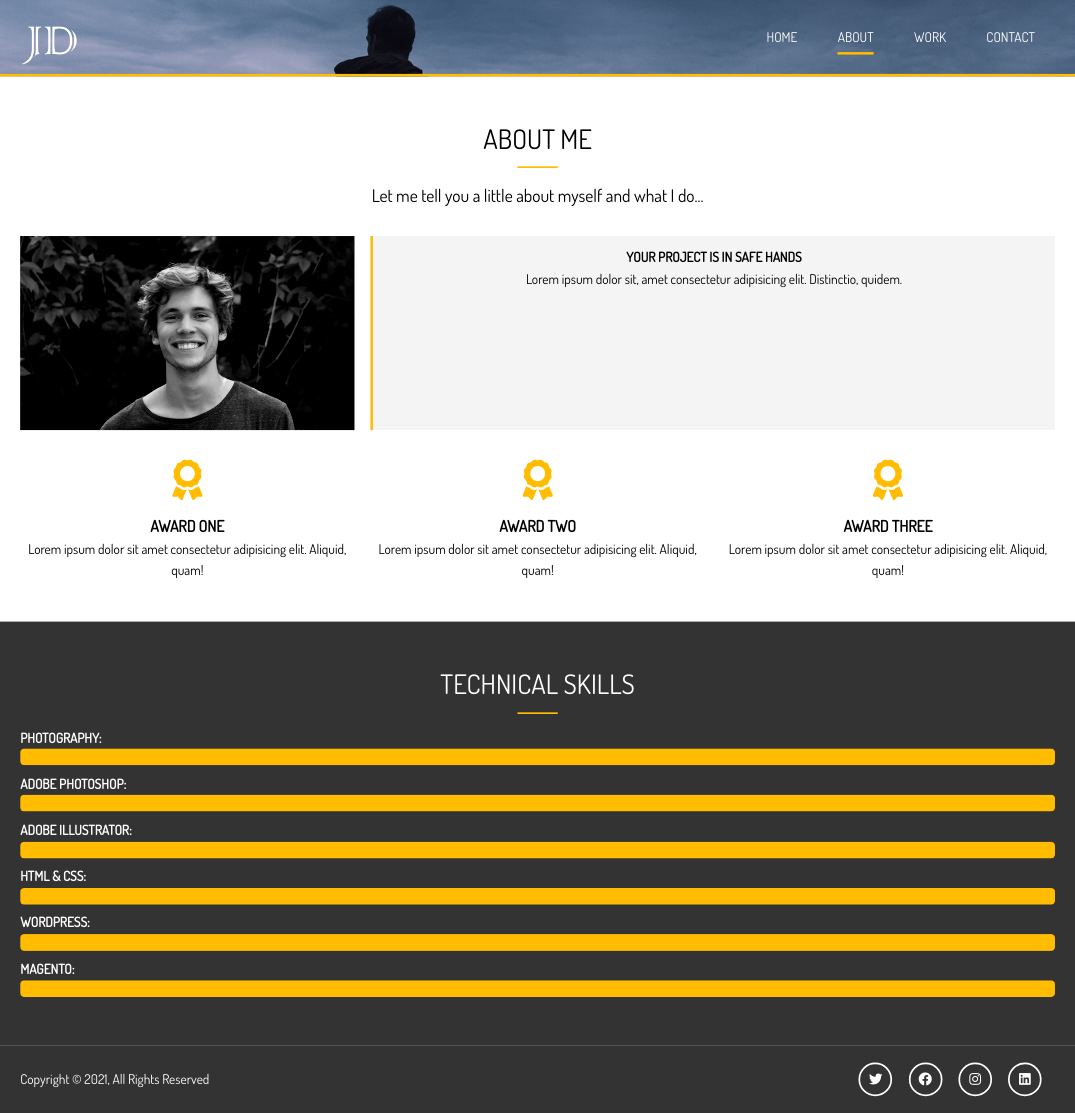
Repository: minhtien9/Portfolio_Website
Page: diet/about.html
These files come from the project's save history. The page is drawn as it stood at one moment and after the next save; the edit follows.
The browser window is 1280 px wide. The pictures show the whole page, at 84% of full size.

Above is the page before, as saved 2021-08-29 11:54:53.

### diet/about.html
<!DOCTYPE html>
<html lang="en">
  <head>
    <meta charset="UTF-8" />
    <meta http-equiv="X-UA-Compatible" content="IE=edge" />
    <meta name="viewport" content="width=device-width, initial-scale=1.0" />
    <link
      rel="stylesheet"
      href="https://cdnjs.cloudflare.com/ajax/libs/font-awesome/5.15.4/css/all.min.css"
      integrity="sha512-1ycn6IcaQQ40/MKBW2W4Rhis/DbILU74C1vSrLJxCq57o941Ym01SwNsOMqvEBFlcgUa6xLiPY/NS5R+E6ztJQ=="
      crossorigin="anonymous"
      referrerpolicy="no-referrer"
    />
    <link
      href="https://fonts.googleapis.com/css2?family=Dosis&display=swap"
      rel="stylesheet"
    />
    <link rel="stylesheet" href="css/style.css" />
    <title>About Me || UI/UX Designer & Photographer</title>
  </head>
  <body>
    <!-- Header -->
    <header id="header-inner">
      <div class="container">
        <nav id="main-nav">
          <img src="img/logo.png" alt="My Portfolio" id="logo" />
          <ul>
            <li><a href="index.html">Home</a></li>
            <li><a href="about.html" class="current">About</a></li>
            <li><a href="work.html">Work</a></li>
            <li><a href="contact.html">Contact</a></li>
          </ul>
        </nav>
      </div>
    </header>
    <!-- Section A:Info -->
    <section id="about-a" class="text-center py-3">
      <div class="container">
        <h2 class="section-title">About Me</h2>
        <div class="bottom-line"></div>
        <p class="lead">
          Let me tell you a little about myself and what I do...
        </p>
        <div class="about-info">
          <img src="img/about.jpg" alt="" class="bio-image" />
          <div class="bio bg-light">
            <h4>Your Project Is In Safe Hands</h4>
            <p>
              Lorem ipsum dolor sit, amet consectetur adipisicing elit.
              Distinctio, quidem.
            </p>
          </div>
          <div class="award-1">
            <i class="fas fa-award fa-3x"></i>
            <h3>Award One</h3>
            <p>
              Lorem ipsum dolor sit amet consectetur adipisicing elit. Aliquid,
              quam!
            </p>
          </div>
          <div class="award-2">
            <i class="fas fa-award fa-3x"></i>
            <h3>Award Two</h3>
            <p>
              Lorem ipsum dolor sit amet consectetur adipisicing elit. Aliquid,
              quam!
            </p>
          </div>
          <div class="award-3">
            <i class="fas fa-award fa-3x"></i>
            <h3>Award Three</h3>
            <p>
              Lorem ipsum dolor sit amet consectetur adipisicing elit. Aliquid,
              quam!
            </p>
          </div>
        </div>
      </div>
    </section>

    <!-- Section B: Progress Bars -->
    <section id="about-b" class="bg-dark py-3">
      <div class="container">
        <h2 class="section-title">Technical Skills</h2>
        <div class="bottom-line"></div>
        <h4>Photography:</h4>
        <div class="progress">
          <div style="width: 100%"></div>
        </div>
        <h4>Adobe Photoshop:</h4>
        <div class="progress">
          <div style="width: 100%"></div>
        </div>
        <h4>Adobe Illustrator:</h4>
        <div class="progress">
          <div style="width: 100%"></div>
        </div>
        <h4>HTML & CSS:</h4>
        <div class="progress">
          <div style="width: 100%"></div>
        </div>
        <h4>Wordpress:</h4>
        <div class="progress">
          <div style="width: 100%"></div>
        </div>
        <h4>Magento:</h4>
        <div class="progress">
          <div style="width: 100%"></div>
        </div>
      </div>
    </section>

    <!-- Footer -->
    <footer id="main-footer">
      <div class="footer-content container">
        <p>Copyright &copy; 2021, All Rights Reserved</p>
        <div class="social">
          <i class="fab fa-twitter"></i>
          <i class="fab fa-facebook"></i>
          <i class="fab fa-instagram"></i>
          <i class="fab fa-linkedin"></i>
        </div>
      </div>
    </footer>

    <!-- <script src="js/typewriter.js"></script> -->
  </body>
</html>

### diet/css/style.css
.container {
  max-width: 1280px;
  padding: 0 1.5rem;
  margin: auto;
  overflow: hidden;
}

.btn-dark, .btn-light, .btn-main {
  display: inline-block;
  padding: 0.8rem 2rem;
  transition: all 0.5s;
  border: none;
  cursor: pointer;
}

.btn-main {
  color: #333;
  background-color: #ffbc00;
}
.btn-light {
  color: #333;
  background-color: #f4f4f4;
}
.btn-dark {
  color: #f4f4f4;
  background-color: #333;
}

button[class^=btn-]:hover,
a[class^=btn-]:hover,
input[class^=btn-]:hover {
  background-color: #ffbc00;
}

.bg-main {
  background: #ffbc00;
  color: #fff;
}
.bg-dark {
  background: #333;
  color: #fff;
}
.bg-light {
  background: #f4f4f4;
  color: #000;
}
.bg-medium {
  background: #ccc;
  color: #000;
}

.lead {
  font-size: 1.3rem;
  margin-bottom: 2rem;
}

.text-center {
  text-align: center;
}

.py-1 {
  padding: 1rem 0;
}
.py-2 {
  padding: 2rem 0;
}
.py-3 {
  padding: 3rem 0;
}
.py-4 {
  padding: 4rem 0;
}

.ny-1 {
  margin: 1rem 0;
}
.ny-2 {
  margin: 2rem 0;
}
.ny-3 {
  margin: 3rem 0;
}
.ny-4 {
  margin: 4rem 0;
}

.section-title {
  font-size: 2rem;
  display: block;
  padding-bottom: 0.5rem;
  text-align: center;
  font-weight: 100;
  text-transform: uppercase;
}

.bottom-line {
  height: 2px;
  width: 3rem;
  background: #ffbc00;
  display: block;
  margin: 0 auto 1rem auto;
}

.items {
  display: grid;
  grid-template-columns: repeat(3, 1fr);
  box-shadow: 0 5px 10px 0 rgba(0, 0, 0, 0.3);
}

.item {
  position: relative;
  background: #ffbc00;
  overflow: hidden;
}
.item:after {
  content: "";
  position: absolute;
  display: block;
  background: inherit;
  opacity: 0.9;
  top: 0;
  left: 0;
  width: 100%;
  height: 100%;
  transform: scale(2) translateX(-75%) translateY(-75%) rotate(-28deg);
  transition: transform 3s cubic-bezier(0.2, 1, 0.3, 1);
}
.item:hover:after {
  transform: scale(2) translateX(0) translateY(0) rotate(-28deg);
}
.item:hover .item-image {
  transform: scale(1.2);
}
.item:hover .item-text {
  opacity: 1;
  transform: translateY(0);
}
.item-image {
  height: auto;
  transform: translateZ(0);
  display: block;
  transition: transform 750ms cubic-bezier(0.2, 1, 0.3, 1);
}
.item-image:before {
  content: "";
  display: block;
  padding-top: 75%;
  overflow: hidden;
}
.item-image img {
  position: absolute;
  top: 0;
  left: 0;
  width: 100%;
  height: auto;
  line-height: 0;
}
.item-text {
  position: absolute;
  top: 0;
  left: 0;
  bottom: 0;
  right: 0;
  opacity: 0;
  text-align: center;
  z-index: 1;
  color: #fff;
  transform: translateY(-20%);
  transition: opacity 500ms cubic-bezier(0.2, 1, 0.3, 1), transform 500ms cubic-bezier(0.2, 1, 0.3, 1);
  transition-delay: 300ms;
}
.item-text-wrap {
  position: absolute;
  width: 100%;
  top: 50%;
  transform: translateY(-50%);
}
.item-text-title {
  font-size: 2rem;
  padding: 0 1rem;
  margin: 5px 0 0 0;
}
.item-text-category {
  text-transform: uppercase;
  font-size: 1.2rem;
  opacity: 0.7;
  margin: 0;
}

* {
  margin: 0;
  padding: 0;
}

body {
  font-family: "Dosis", sans-serif;
  line-height: 1.6;
  background: #fff;
}

a {
  text-decoration: none;
  color: #333;
}

ul {
  list-style: none;
}

h2,
h3,
h4 {
  text-transform: uppercase;
}

img {
  width: 100%;
}

#logo {
  width: 70px;
  height: 70px;
  color: #fff;
  text-transform: uppercase;
}

#main-nav {
  display: flex;
  justify-content: space-between;
  padding-top: 1rem;
}
#main-nav ul {
  display: flex;
}
#main-nav li {
  padding: 1rem 1.5rem;
}
#main-nav a {
  text-decoration: none;
  color: #fff;
  text-transform: uppercase;
  border-bottom: 3px transparent solid;
  padding-bottom: 0.5rem;
  transition: border-color 0.5s;
}
#main-nav a:hover {
  border-color: #ccc;
}
#main-nav a.current {
  border-color: #ffbc00;
}

#header-home {
  background: url("../img/showcase.jpg") no-repeat center right/cover;
  height: 100vh;
  color: #fff;
}
#header-home .header-content {
  text-align: center;
  padding-top: 20%;
}
#header-home .header-content h1 {
  font-size: 4rem;
  line-height: 1.2;
}
#header-inner {
  background: url("../img/showcase.jpg") no-repeat 20% 30%/cover;
  height: 5.5rem;
  border-bottom: 3px solid #ffbc00;
}

#home-a .specials {
  margin-top: 3rem;
  display: grid;
  grid-gap: 1rem;
  grid-template-columns: repeat(4, 1fr);
}
#home-a .specials .fas {
  color: #ffbc00;
  padding-bottom: 0.4rem;
}
#home-b .stats {
  display: grid;
  grid-template-columns: repeat(4, 1fr);
}
#home-b .stats li {
  line-height: 2;
}
#home-b .stats li.stats-title {
  font-size: 1.5rem;
}
#home-b .stats li.stats-number {
  font-size: 2rem;
  font-weight: bold;
}
#home-b .stats div {
  padding: 3rem 0;
}
#home-b .stats div:nth-child(odd) {
  background: #f4f4f4;
}
#home-b .stats div:nth-child(even) {
  background: #ccc;
}
#home-c .process {
  display: grid;
  grid-template-columns: repeat(4, 1fr);
  grid-gap: 1.5rem;
  text-align: center;
}
#home-c .process-step {
  position: absolute;
  top: 0;
  right: 0;
  font-size: 28px;
  background: #ffbc00;
  color: #fff;
  border-radius: 50%;
  height: 15px;
  width: 15px;
  line-height: 15px;
  padding: 1rem;
  transition: all 1s;
}
#home-c .process-icon {
  border-radius: 50%;
  background: #333;
  color: #fff;
  padding: 2rem;
  width: 70px;
  height: 70px;
  line-height: 70px;
  text-align: center;
  position: relative;
  transition: all 1s;
}
#home-c .process-icon:hover {
  background: #ffbc00;
  width: 90px;
  height: 90px;
  line-height: 90px;
}
#home-c .process-icon:hover .process-step {
  background: #333;
  color: #fff;
}

#about-a .about-info {
  display: grid;
  grid-template-areas: "bioimage bio bio" "aw1 aw2 aw3";
  grid-gap: 1.2rem;
}
#about-a .bio-image {
  grid-area: bioimage;
}
#about-a .bio {
  grid-area: bio;
  border-left: 3px solid #ffbc00;
  padding: 0.8rem;
}
#about-a .award-1 {
  grid-area: aw1;
}
#about-a .award-2 {
  grid-area: aw2;
}
#about-a .award-3 {
  grid-area: aw3;
}
#about-a .award-1 .fas,
#about-a .award-2 .fas,
#about-a .award-3 .fas {
  color: #ffbc00;
  margin: 1rem;
}
#about-b .progress {
  overflow: hidden;
  height: 20px;
  background: #ccc;
  border-radius: 5px;
  margin-bottom: 0.6rem;
}
#about-b .progress div {
  height: 100%;
  color: #fff;
  text-align: center;
  background: #ffbc00;
}
#about-c .about-logos {
  display: grid;
  grid-template-columns: repeat(4, 1fr);
  grid-gap: 2rem;
}
#about-c .about-logos img {
  width: 70%;
}
#about-d .testimonials {
  display: grid;
  grid-template-columns: repeat(4, 1fr);
  grid-gap: 0.5rem;
}
#about-d .testimonials ul {
  list-style: none;
  margin-top: 1rem;
  display: flex;
  align-items: center;
}
#about-d .testimonials p {
  border: 1px solid #ccc;
  border-radius: 5px;
  padding: 0.5rem;
}
#about-d .testimonials img {
  width: 50px;
  height: 50px;
  border-radius: 50%;
  margin-right: 0.5rem;
}

#contact-a .text-fields {
  display: grid;
  grid-template-areas: "name email" "subject phone" "message message";
  grid-gap: 1.2rem;
  margin-bottom: 1.2rem;
}
#contact-a .text-fields .name-input {
  grid-area: name;
}
#contact-a .text-fields .subject-input {
  grid-area: subject;
}
#contact-a .text-fields .email-input {
  grid-area: email;
}
#contact-a .text-fields .phone-input {
  grid-area: phone;
}
#contact-a .text-fields .message-input {
  grid-area: message;
  height: 100px;
}
#contact-a .text-fields .text-input {
  padding: 0.5rem 1rem;
}
#contact-a button[type=submit] {
  width: 50%;
}
#contact-b .contact-info {
  display: grid;
  grid-template-columns: repeat(3, 1fr);
  text-align: center;
}
#contact-c h1 {
  text-align: center;
  font-size: 4rem;
}

#main-footer {
  background: #333;
  color: #fff;
  height: 5rem;
}
#main-footer .footer-content {
  display: flex;
  justify-content: space-between;
  height: 5rem;
  align-items: center;
}
#main-footer .footer-content .social .fab {
  margin-right: 1rem;
  border: 2px solid #fff;
  border-radius: 50%;
  height: 20px;
  width: 20px;
  line-height: 20px;
  text-align: center;
  padding: 0.5rem;
}
#main-footer .footer-content .social .fab:hover {
  background: #ffbc00;
  cursor: pointer;
}

@media (max-width: 800px) {
  #header-home {
    height: 30rem;
  }
  #header-home .header-content {
    padding-top: 5rem;
  }
}
@media (max-width: 500px) {
  #main-nav {
    flex-direction: column;
    align-items: center;
  }
  #main-nav li {
    padding: 1rem;
  }

  #header-home {
    height: 10rem;
    border-bottom: 3px solid #ffbc00;
    background-position: 20% 30%;
  }
  #header-home .header-content {
    display: none;
  }
  #header-inner {
    height: 10rem;
  }

  #home-a .specials,
#home-b .stats,
#home-c .process,
#about-d .testimonials,
#contact-b .contact-info,
.items {
    grid-template-columns: 1fr;
  }

  #home-a .specials div {
    border-bottom: 1px #f4f4f4 solid;
    padding-bottom: 1rem;
  }
  #home-a .specials div:last-child {
    border: none;
    padding-bottom: 0;
  }
  #home-b .stats div {
    padding: 2rem 0 1rem 0;
  }

  #about-a .about-info {
    grid-template-areas: "bioimage" "bio" "aw1" "aw2" "aw3";
  }
  #about-c {
    display: none;
  }

  #contact-a .text-fields {
    grid-template-areas: "name" "subject" "email" "phone" "message";
  }
  #contact-b div {
    margin-bottom: 1rem;
    padding-bottom: 1rem;
    border-bottom: 1px solid #555;
  }
  #contact-b div:last-child {
    border: none;
    margin-bottom: 0;
    padding-bottom: 0;
  }
  #contact-c h1 {
    font-size: 2rem;
  }

  #main-footer {
    height: 7rem;
  }
  #main-footer .footer-content {
    flex-direction: column;
    padding: 1rem;
    height: 5rem;
  }
}
@media (max-height: 580px) {
  #header-home .header-content {
    padding-top: 3rem;
  }
}
@media (max-height: 330px) {
  #header-home .header-content h1 {
    font-size: 2rem;
  }
}

/*# sourceMappingURL=style.css.map */

After the next save:
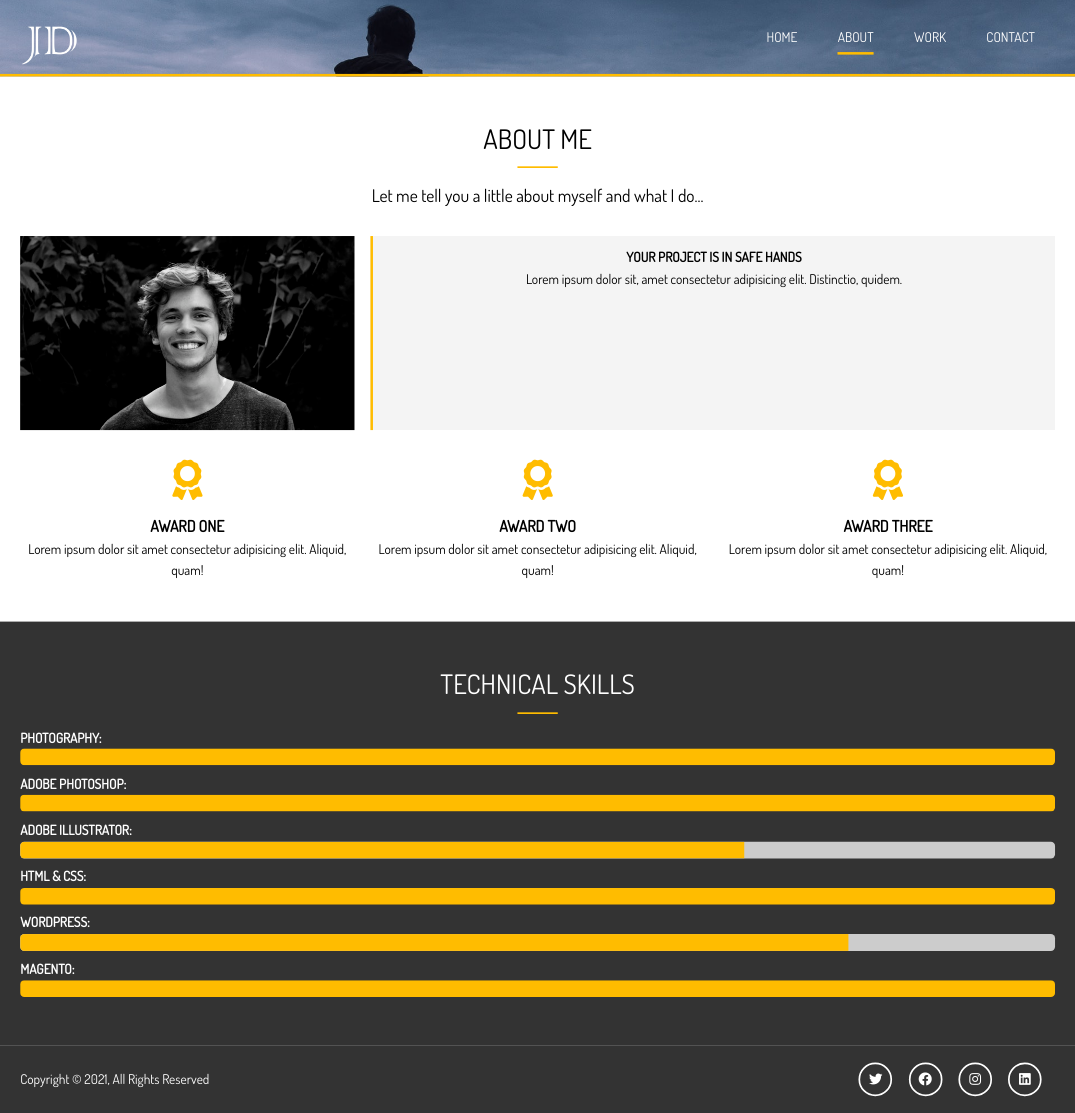
Saved 23 s later.
--- a/diet/about.html
+++ b/diet/about.html
@@ -93,7 +93,7 @@
         </div>
         <h4>Adobe Illustrator:</h4>
         <div class="progress">
-          <div style="width: 100%"></div>
+          <div style="width: 70%"></div>
         </div>
         <h4>HTML & CSS:</h4>
         <div class="progress">
@@ -101,7 +101,7 @@
         </div>
         <h4>Wordpress:</h4>
         <div class="progress">
-          <div style="width: 100%"></div>
+          <div style="width: 80%"></div>
         </div>
         <h4>Magento:</h4>
         <div class="progress">
